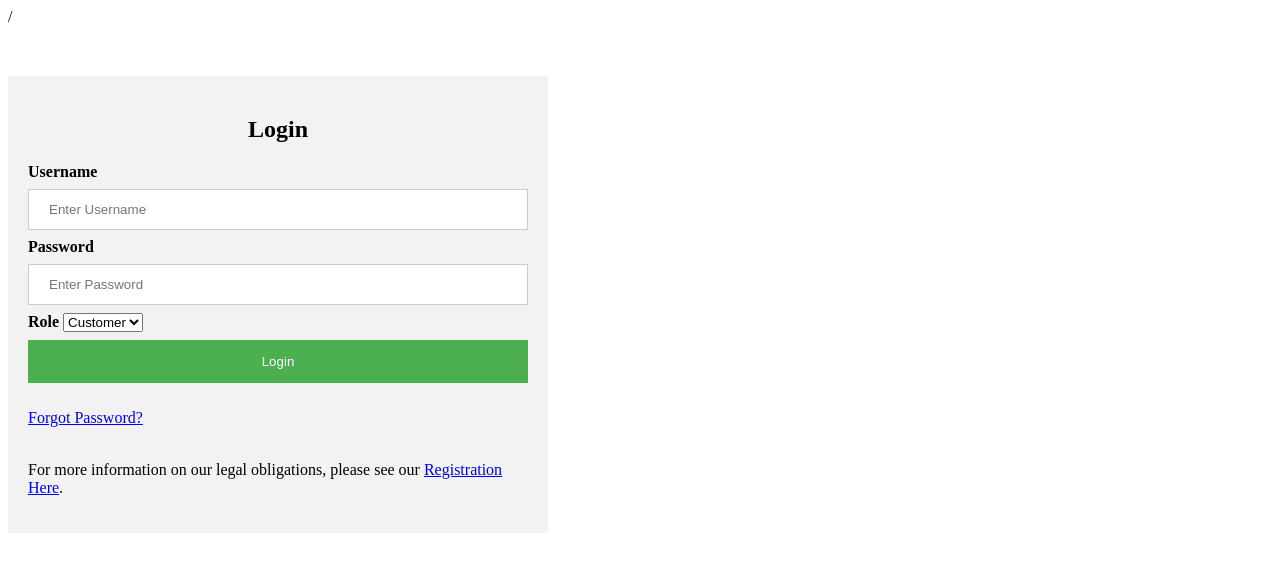
Repository: HT13M19/kuldeep
Page: GGGG/proj3/src/main/webapp/WEB-INF/Login.html
These files come from the project's save history. The page is drawn as it stood at one moment and after the next save; the edit follows.
The browser window is 1280 px wide. The pictures show the whole page.

Above is the page before, as saved 2023-09-20 16:23:59.

After the next save:
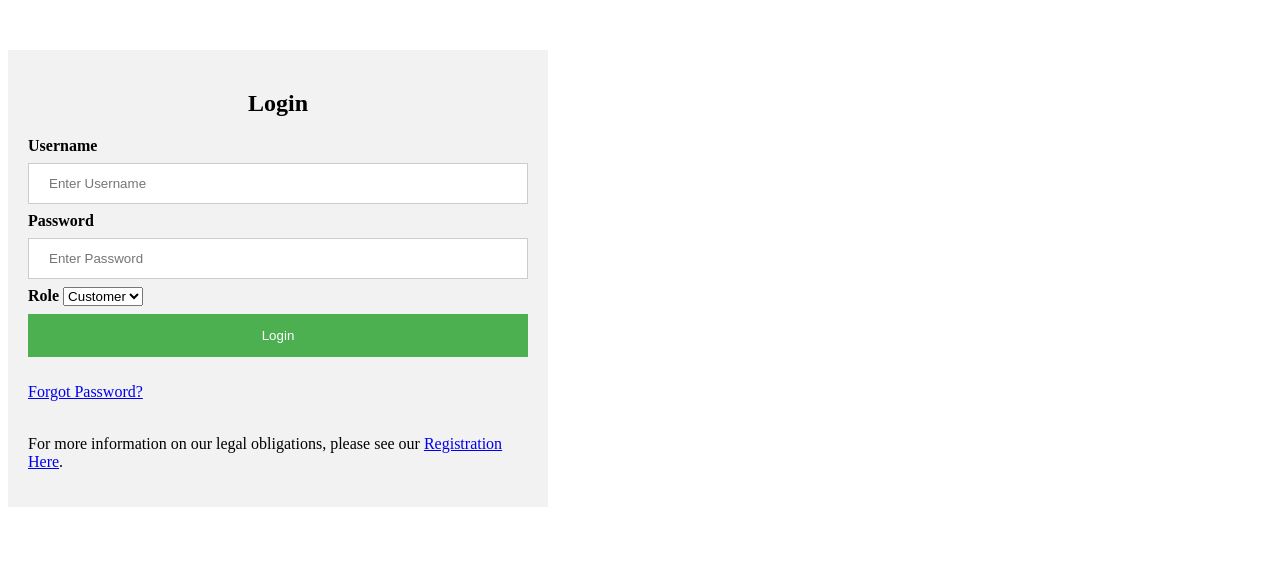
Saved 67 min 36 s later.
--- a/GGGG/proj3/src/main/webapp/WEB-INF/Login.html
+++ b/GGGG/proj3/src/main/webapp/WEB-INF/Login.html
@@ -1,4 +1,4 @@
-/<!DOCTYPE html>
+<!DOCTYPE html>
 <html>
 <head>
   <title>Login Page</title>
